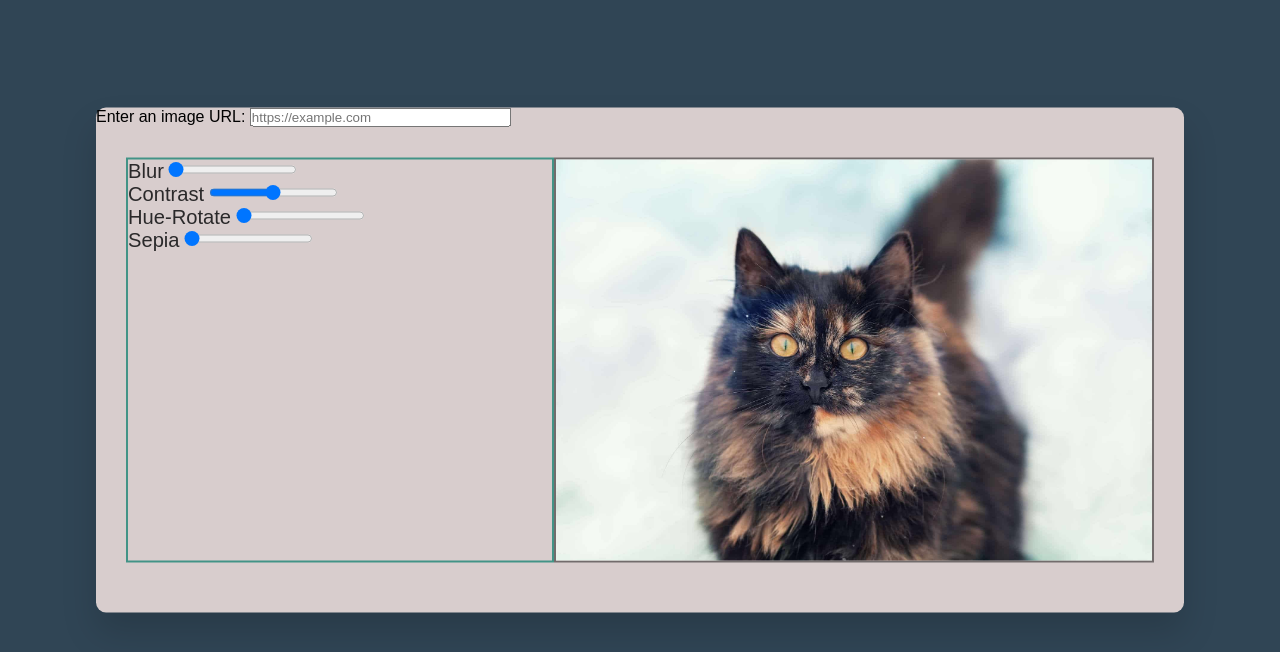
Repository: Larrowo/Challenges
Page: Photo filter/index.html
An editor plug-in stored every save of this project. The page is shown before and after the next save, followed by the edit.
The browser window is 1280 px wide. The pictures show the whole page.

Above is the page before, as saved 2022-04-04 11:19:29.

After the next save:
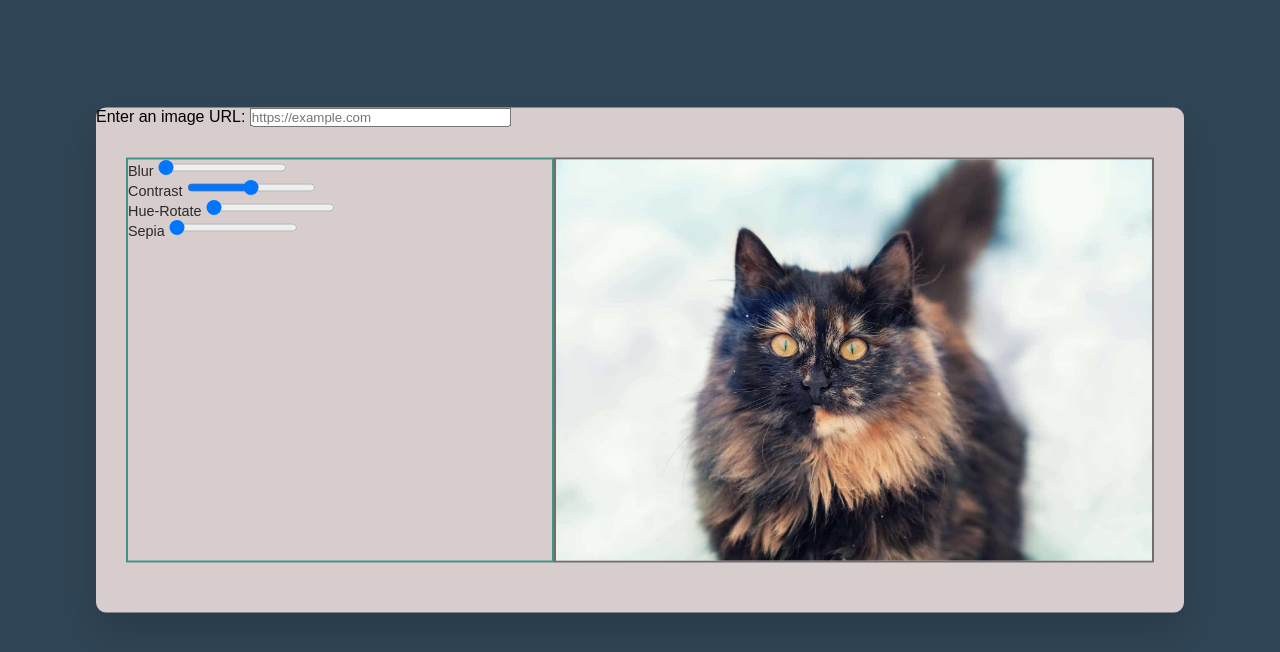
Saved 8 s later.
--- a/Photo filter/style.css
+++ b/Photo filter/style.css
@@ -36,7 +36,7 @@ body{
  }
 
  .editor label{
-     font-size: 2.8vmin;
+     font-size: 2vmin;
      color: #2a292a;
      font-weight: 100;
  }
